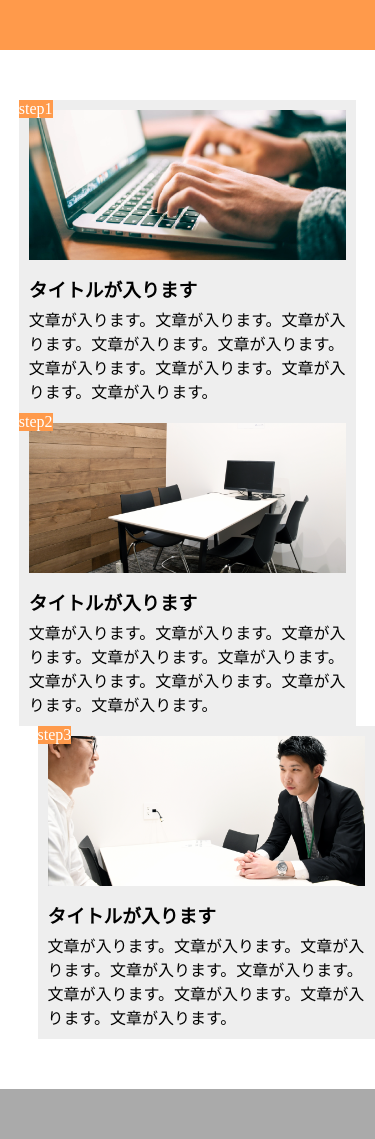
Repository: CarAll02/git-practice
Page: chapter10_exercise/index.html
The author's editor kept a record of every edit. The page is drawn from the files as they stood at one moment, then again after the next edit.
The browser window is 375 px wide. The pictures show the whole page.

Above is the page before.

After the next edit:
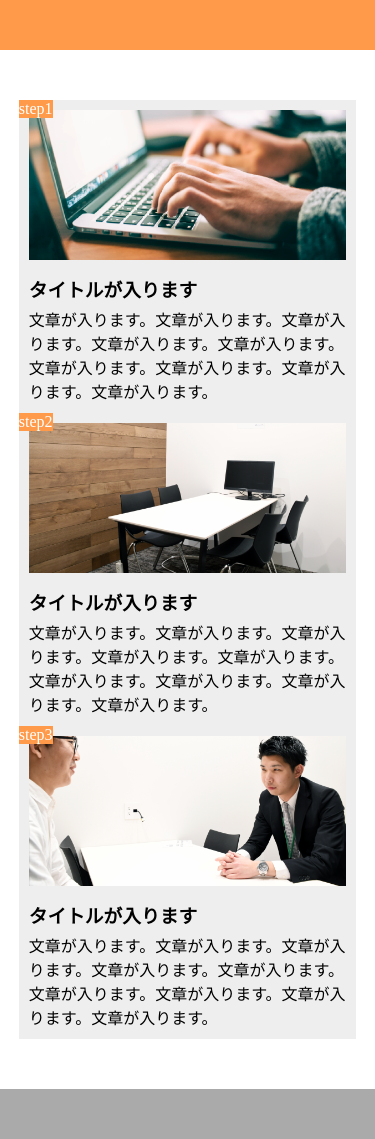
The edit:
--- a/chapter10_exercise/style.css
+++ b/chapter10_exercise/style.css
@@ -78,6 +78,5 @@
   }
 
   .step-box:last-child{
-
+    margin-right:auto;
   }
-  }
